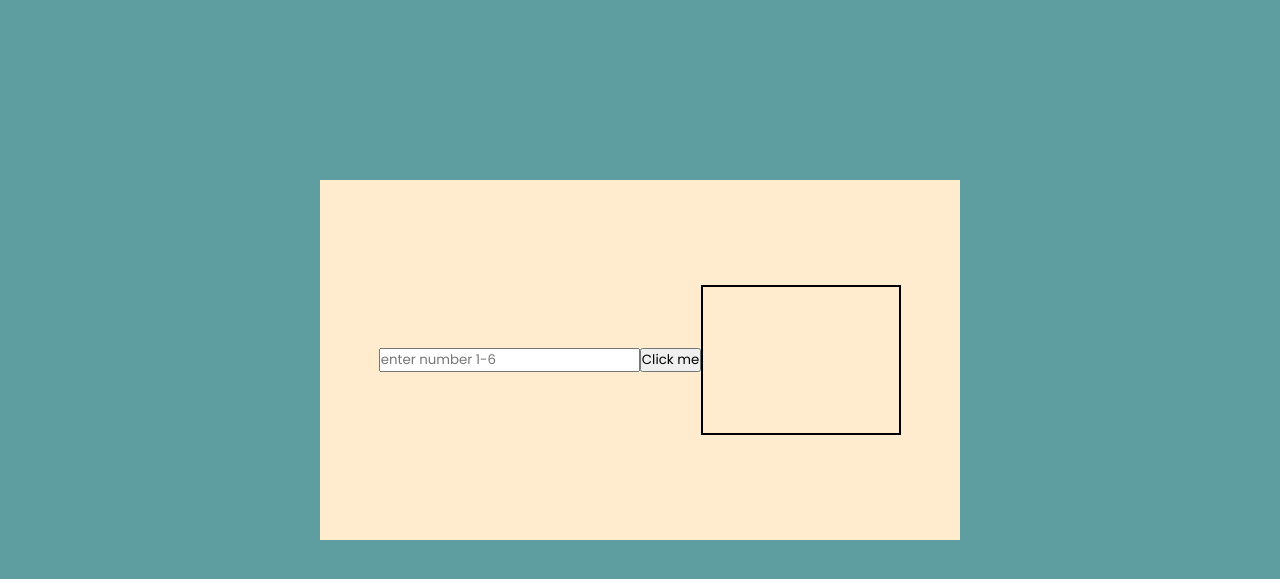
Repository: Seryozha02/Guessing-Game
Page: promise.html
An editor plug-in stored every save of this project. The page is shown before and after the next save, followed by the edit.
The browser window is 1280 px wide. The pictures show the whole page.

Above is the page before, as saved 2022-02-23 14:12:07.

After the next save:
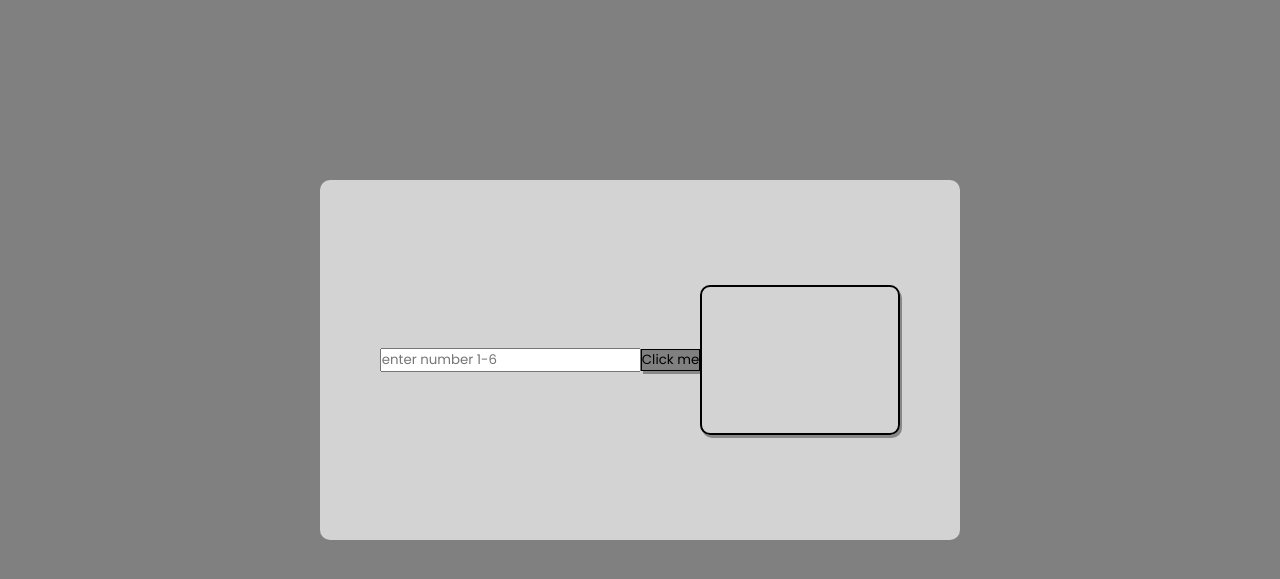
Saved 12 s later.
--- a/promise.css
+++ b/promise.css
@@ -7,7 +7,7 @@
 }
 
 .body {
-    background-color: cadetblue ;
+    background-color: grey;
     position: absolute;
     width: 100%;
     height: 100%;
@@ -17,13 +17,14 @@
 }
 
 .conteiner {
-    background-color: blanchedalmond;
+    background-color: lightgray;
     position: relative;
     width: 50%;
     height: 50%;
     display: flex;
     align-items: center;
     justify-content: center;
+    border-radius: 10px;
 }
 
 .main {
@@ -31,13 +32,16 @@
     flex-direction: row;
 }
 
-
-/* .btn {
-
-} */
-
 .table {
     border: 2px solid black;
     width: 200px;
     height: 150px;
+    box-shadow: 2px 3px #888888;
+    border-radius: 10px;
 }
+
+.btn {
+    background-color: grey;
+    border: 1px solid;
+    box-shadow: 2px 3px #888888;
+}
